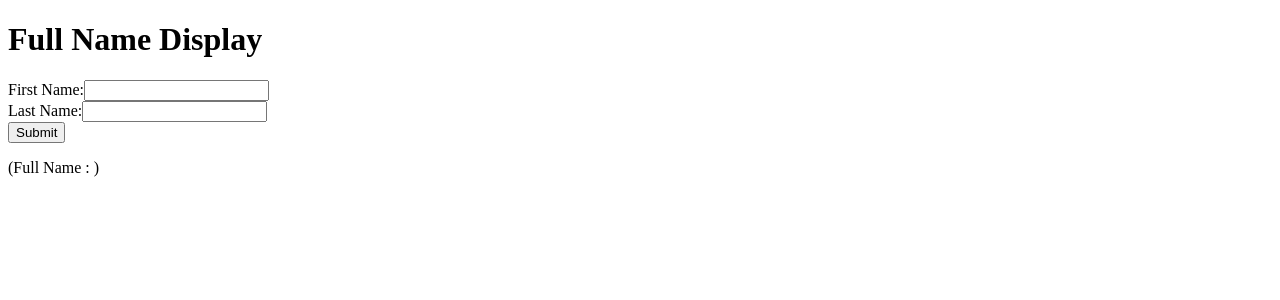
Repository: rajratangm/NameForm
Page: /
The author's editor kept a copy of each file at every save. The page is drawn from the files as they stood at one save, then again after a run of saves.
The browser window is 1280 px wide. The pictures show the whole page.
The project was rebuilt for these pictures with package versions that can differ from the ones it lists, and the page was loaded fresh each time. Also part of the build but not shown: vite.config.js.

Above is the page before, as saved 2024-04-02 17:05:05.

### src/App.jsx
import { useState } from 'react'
// import './App.css'

function App() {
  const [firstName, setFirstName]= useState('')
  const [lastName, setLastName]= useState('')
  const [submitted, setSubmitted] = useState(false)
  const handleSubmit=()=>{
    preventDefault()
    setSubmitted(true)
  }

  const handleFirstName=()=>{
    setFirstName(firstName)
  }

  const handleLaststName=()=>{
    setLastName(lastName)
  }




  return (
    <>
    <h1>Full Name Display</h1>
    <form onSubmit={handleSubmit}>
      <div>
        <label>First Name:</label>
        <input type='text' value={firstName} onChange={handleFirstName} required/>
      </div>
      <div>
        <label>Last Name:</label>
        <input type='text' value={lastName} onChange={handleLaststName} required/>
      </div>
      <button>Submit</button>

    </form>

    <p>(Full Name :{firstName} {lastName})</p>


    </>
  )
}

export default App

Loaded but not shown: index.html (common file); src/main.jsx (common file)

After the next 2 saves:
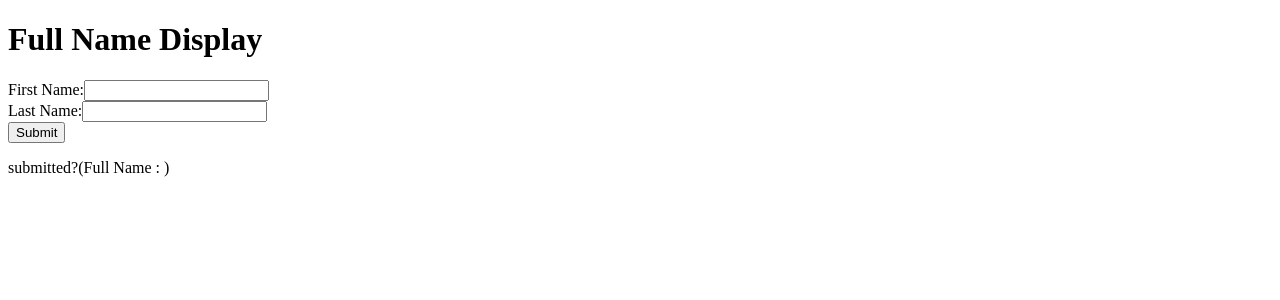
The 2 saves are shown as one change because they came seconds apart.
The last was saved 6 s later.
--- a/src/App.jsx
+++ b/src/App.jsx
@@ -37,7 +37,7 @@ function App() {
 
     </form>
 
-    <p>(Full Name :{firstName} {lastName})</p>
+    <p>submitted?(Full Name :{firstName} {lastName})</p>
 
 
     </>
